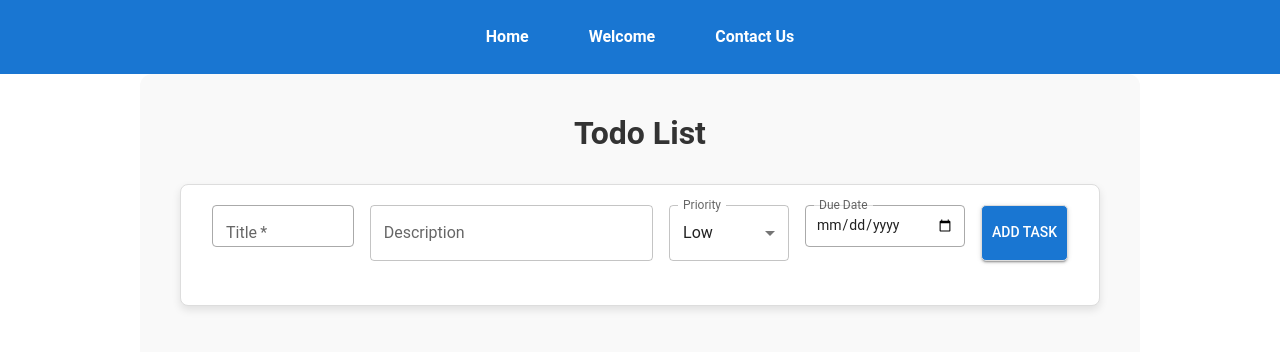
Repository: HPNChanel/Todo-List-Web-App
Page: / (app in frontend/todolist/)
The author's editor kept a copy of each file at every save. The page is drawn from the files as they stood at one save, then again after the next save.
The browser window is 1280 px wide. The pictures show the whole page.
The page's requests for data from a server got no answer. The project was rebuilt for these pictures with package versions that can differ from the ones it lists, and the page was loaded fresh each time. No one was signed in, and anything a server would have sent is missing. Also part of the build but not shown: frontend/todolist/src/styles/TaskItem.css, frontend/todolist/src/components/TaskItem.js, frontend/todolist/src/styles/WelcomePage.css, frontend/todolist/src/pages/WelcomePage.js, frontend/todolist/src/styles/NotFound.css, frontend/todolist/src/pages/NotFound.js. Imported but missing from the stored project, and not drawn on this page: frontend/todolist/src/components/ContactUs.

Above is the page before, as saved 2024-11-05 10:00:23.

After the next save:
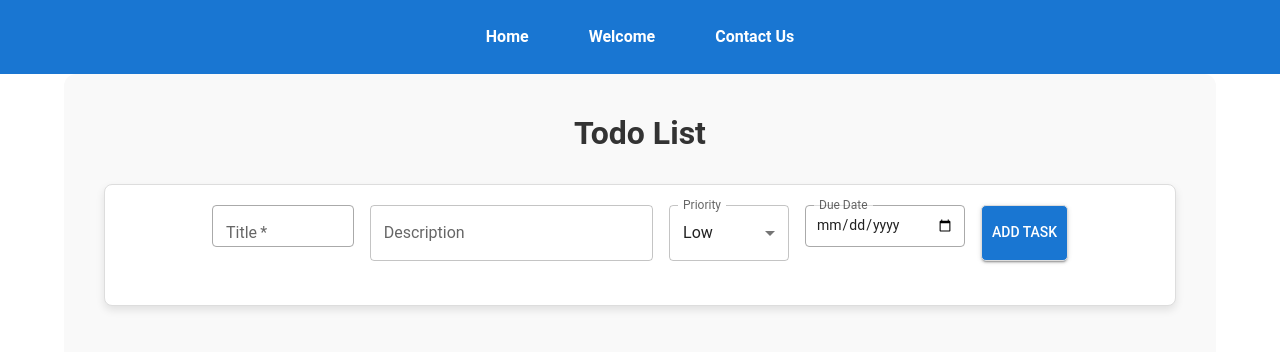
Saved 4 min 50 s later.
--- a/frontend/todolist/src/styles/TaskList.css
+++ b/frontend/todolist/src/styles/TaskList.css
@@ -2,7 +2,6 @@
   padding: 40px;
   background-color: #f9f9f9;
   border-radius: 12px;
-  max-width: 1000px;
   margin: auto;
   box-sizing: border-box;
 }
